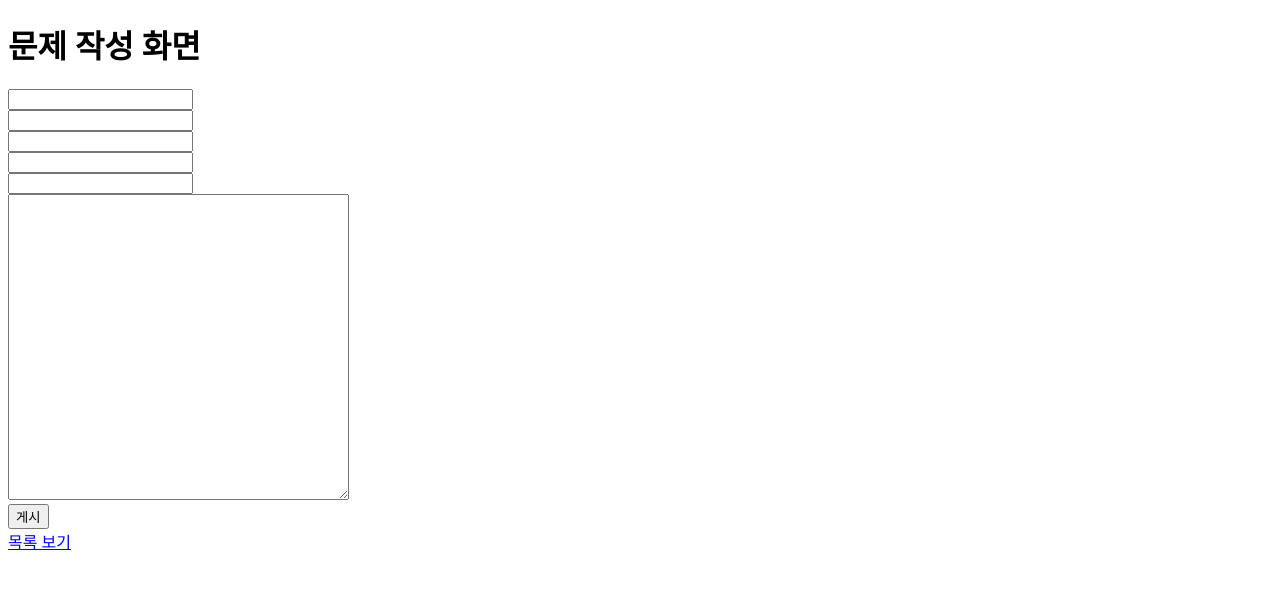
Repository: ryuhm48/Opensource-Project05
Page: http://localhost/Problems/Problems/ProblemWrite.jsp
The author's editor kept a copy of each file at every save. The page is drawn from the files as they stood at one save, then again after the next save.
The browser window is 1280 px wide. The pictures show the whole page.
The page is served by Tomcat 9. Other server files are loaded and not shown.

Above is the page before, as saved 2019-06-02 01:23:25.

### 문제 풀이 제출 추가/Problems/WebContent/Problems/ProblemWrite.jsp
<%@ page language="java" contentType="text/html; charset=UTF-8"
pageEncoding="UTF-8"%>

<!DOCTYPE html PUBLIC "-//W3C//DTD HTML 4.01Transitional//EN" "http://www.w3.org/TR/html4/loose.dtd">
<html>
<head>
<meta http-equiv="Content-Type" content = text/html; charset="UTF-8">
<title>문제 작성</title>
</head>
<body>
	<h1>문제 작성 화면</h1>

	<form action = "write.do" method = "post">
		<input type = "text" name = "studyNum"><br/>
		<input type = "text" name = "problemNum2"><br/>
		<input type = "text" name = "problemName"><br/>
		<input type = "text" name = "problemLanguage"><br/>
		<input type = "text" name = "writerName"><br/>
		<textarea name = "problemContent" rows="20" cols="40"></textarea><br/>
		<input type = "submit" value = "게시">
	</form>

	<a href="list.do">목록 보기</a>

</body>
</html>

After the next save:
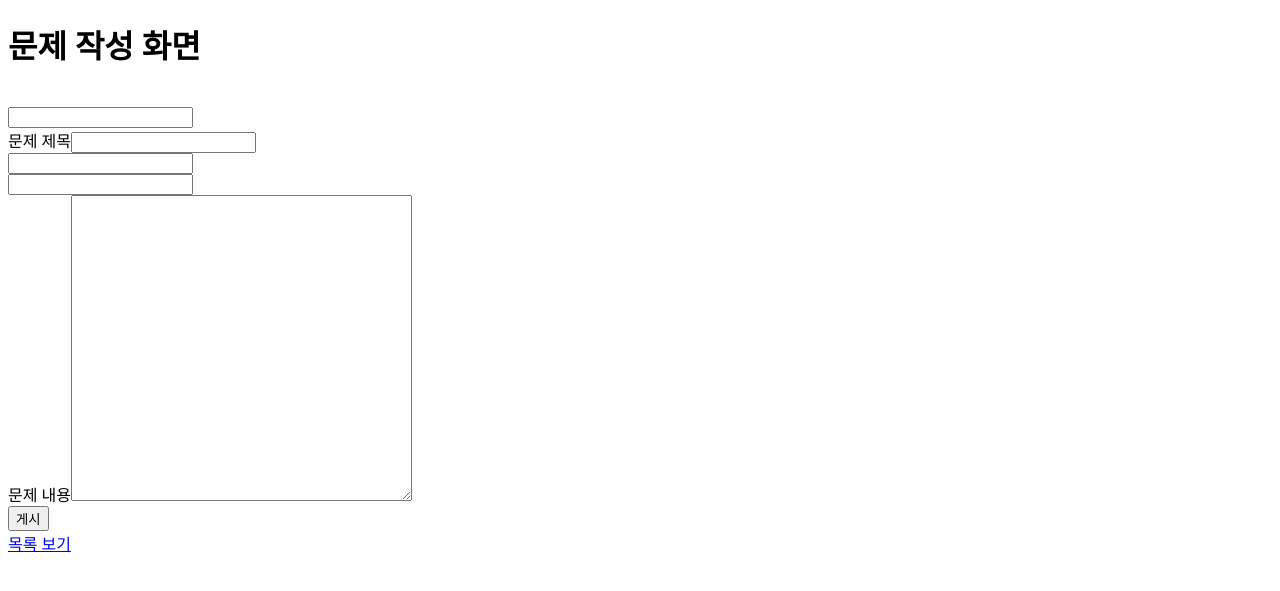
Saved 61 s later.
--- a/문제 풀이 제출 추가/Problems/WebContent/Problems/ProblemWrite.jsp
+++ b/문제 풀이 제출 추가/Problems/WebContent/Problems/ProblemWrite.jsp
@@ -11,12 +11,12 @@ pageEncoding="UTF-8"%>
 	<h1>문제 작성 화면</h1>
 
 	<form action = "write.do" method = "post">
-		<input type = "text" name = "studyNum"><br/>
+		<input type = "text" name = "studyNum" style = "display : none;"><br/>
 		<input type = "text" name = "problemNum2"><br/>
-		<input type = "text" name = "problemName"><br/>
+		문제 제목<input type = "text" name = "problemName"><br/>
 		<input type = "text" name = "problemLanguage"><br/>
 		<input type = "text" name = "writerName"><br/>
-		<textarea name = "problemContent" rows="20" cols="40"></textarea><br/>
+		문제 내용<textarea name = "problemContent" rows="20" cols="40"></textarea><br/>
 		<input type = "submit" value = "게시">
 	</form>
 
